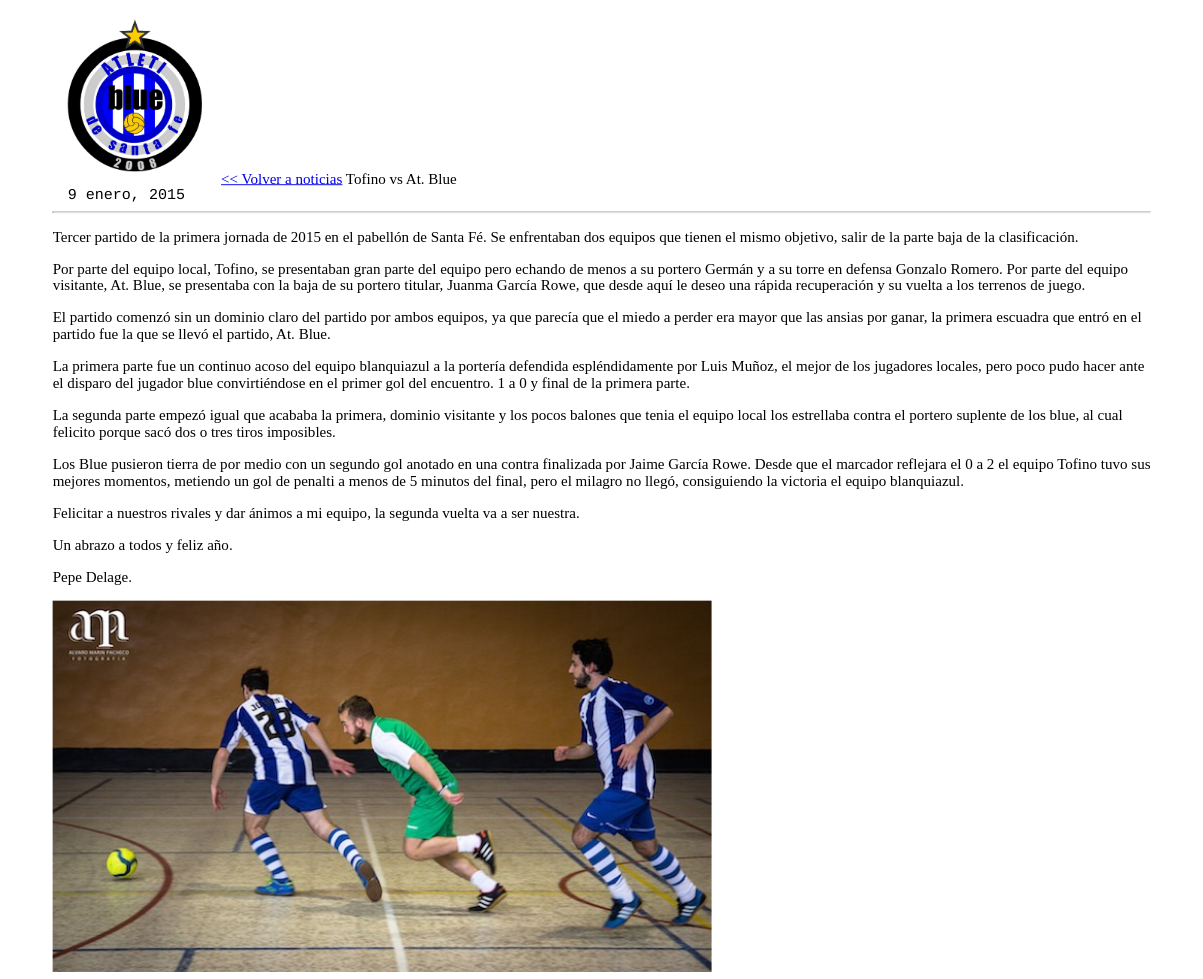
Repository: DiegoGodoy/atletiblue
Page: app/views/noticias/noticia4.html
The author's editor kept a record of every edit. The page is drawn from the files as they stood at one moment, then again after the next edit.
The browser window is 1280 px wide. The pictures show the whole page, at 94% of full size.

Above is the page before.

### app/views/noticias/noticia4.html
<div ng-controller="NoticiasCtrl" class="container" >
        <div class="row">

            <div class="col-md-12">
                <div class="panel">
                    <div class="panel-heading" style="margin-left:3em;margin-right:3em">
                        <img alt="" src="images/escudo.png" style="width:15%" class="pull-left">
                        <span class="todasNoticias pull-right"> <a  href="#noticias"><< Volver a noticias</a></span>
                        <span class="titulosPortada">Tofino vs At. Blue</span>
                        <br>
                        <medium style="font-family:courier,'new courier';margin-left:1em;" class="text-muted">9 enero, 2015</medium>
                        <hr class="separadorTitulos">
                        <p>Tercer partido de la primera jornada de 2015 en el pabellón de Santa Fé. Se enfrentaban dos equipos que tienen el mismo objetivo, salir de la parte baja de la clasificación.</p>
                        <p>Por parte del equipo local, Tofino, se presentaban gran parte del equipo pero echando de menos a su portero Germán y a su torre en defensa Gonzalo Romero. Por parte del equipo visitante, At. Blue, se presentaba con la baja de su portero titular, Juanma García Rowe, que desde aquí le deseo una rápida recuperación y su vuelta a los terrenos de juego.</p>

                        <p>El partido comenzó sin un dominio claro del partido por ambos equipos, ya que parecía que el miedo a perder era mayor que las ansias por ganar, la primera escuadra que entró en el partido fue la que se llevó el partido, At. Blue.</p>

                        <p>La primera parte fue un continuo acoso del equipo blanquiazul a la portería defendida espléndidamente por Luis Muñoz, el mejor de los jugadores locales, pero poco pudo hacer ante el disparo del jugador blue convirtiéndose en el primer gol del encuentro. 1 a 0 y final de la primera parte.</p>

                        <p>La segunda parte empezó igual que acababa la primera, dominio visitante y los pocos balones que tenia el equipo local los estrellaba contra el portero suplente de los blue, al cual felicito porque sacó dos o tres tiros imposibles.</p>
                        <p>Los Blue pusieron tierra de por medio con un segundo gol anotado en una contra finalizada por Jaime García Rowe. Desde que el marcador reflejara el 0 a 2 el equipo Tofino tuvo sus mejores momentos, metiendo un gol de penalti a menos de 5 minutos del final, pero el milagro no llegó, consiguiendo la victoria el equipo blanquiazul.</p>

                        <p>Felicitar a nuestros rivales y dar ánimos a mi equipo, la segunda vuelta va a ser nuestra.</p>

                        <p>Un abrazo a todos y feliz año.</p>
                        <p>Pepe Delage.</p>

                        <img alt="" src="images/noticia3.jpg" style="width:60%">
                </div>
            </div>
            <!--/col-12-->
        </div>
</div>

After the next edit:
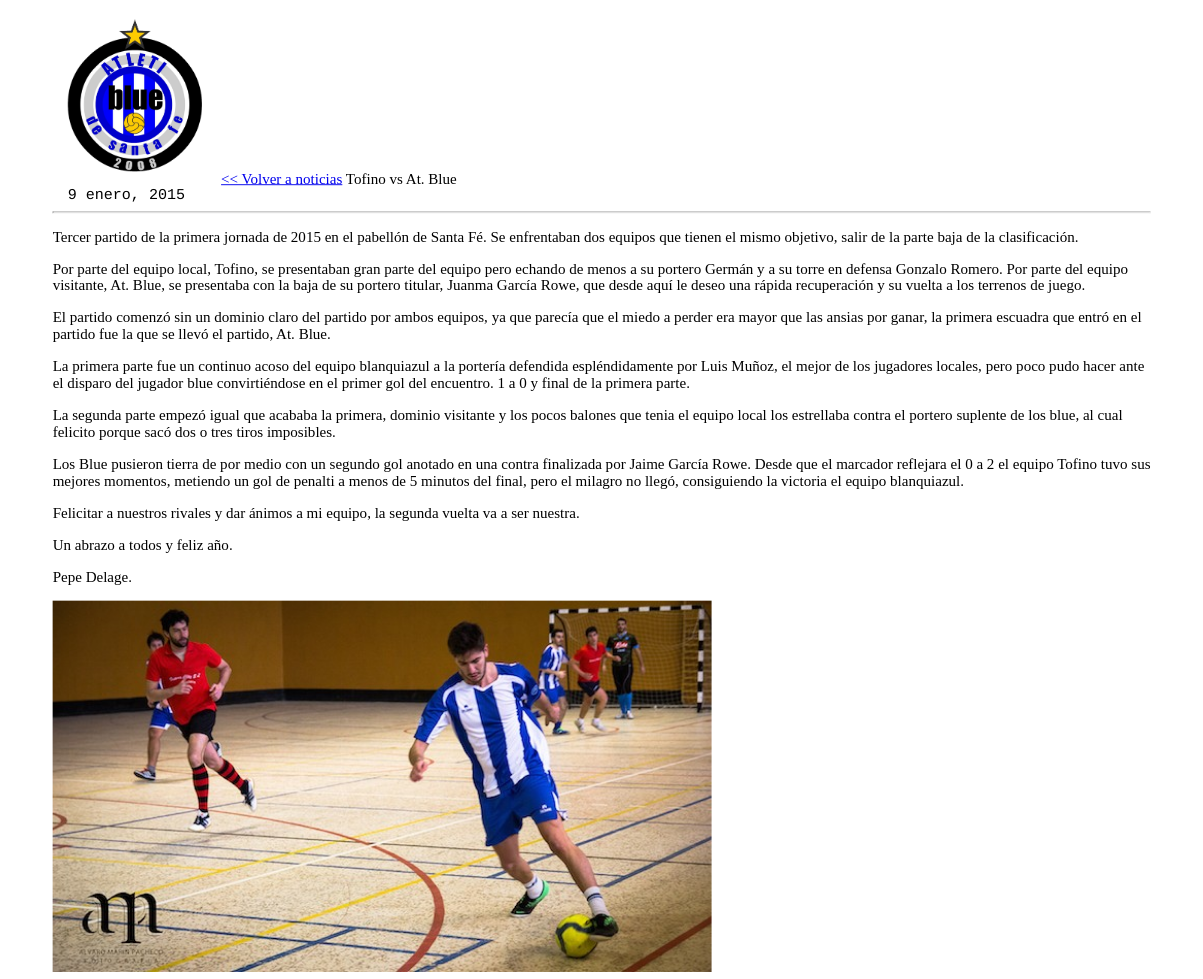
The edit:
--- a/app/views/noticias/noticia4.html
+++ b/app/views/noticias/noticia4.html
@@ -25,7 +25,7 @@
                         <p>Un abrazo a todos y feliz año.</p>
                         <p>Pepe Delage.</p>
 
-                        <img alt="" src="images/noticia3.jpg" style="width:60%">
+                        <img alt="" src="images/noticias/noticia4.jpg" style="width:60%">
                 </div>
             </div>
             <!--/col-12-->
